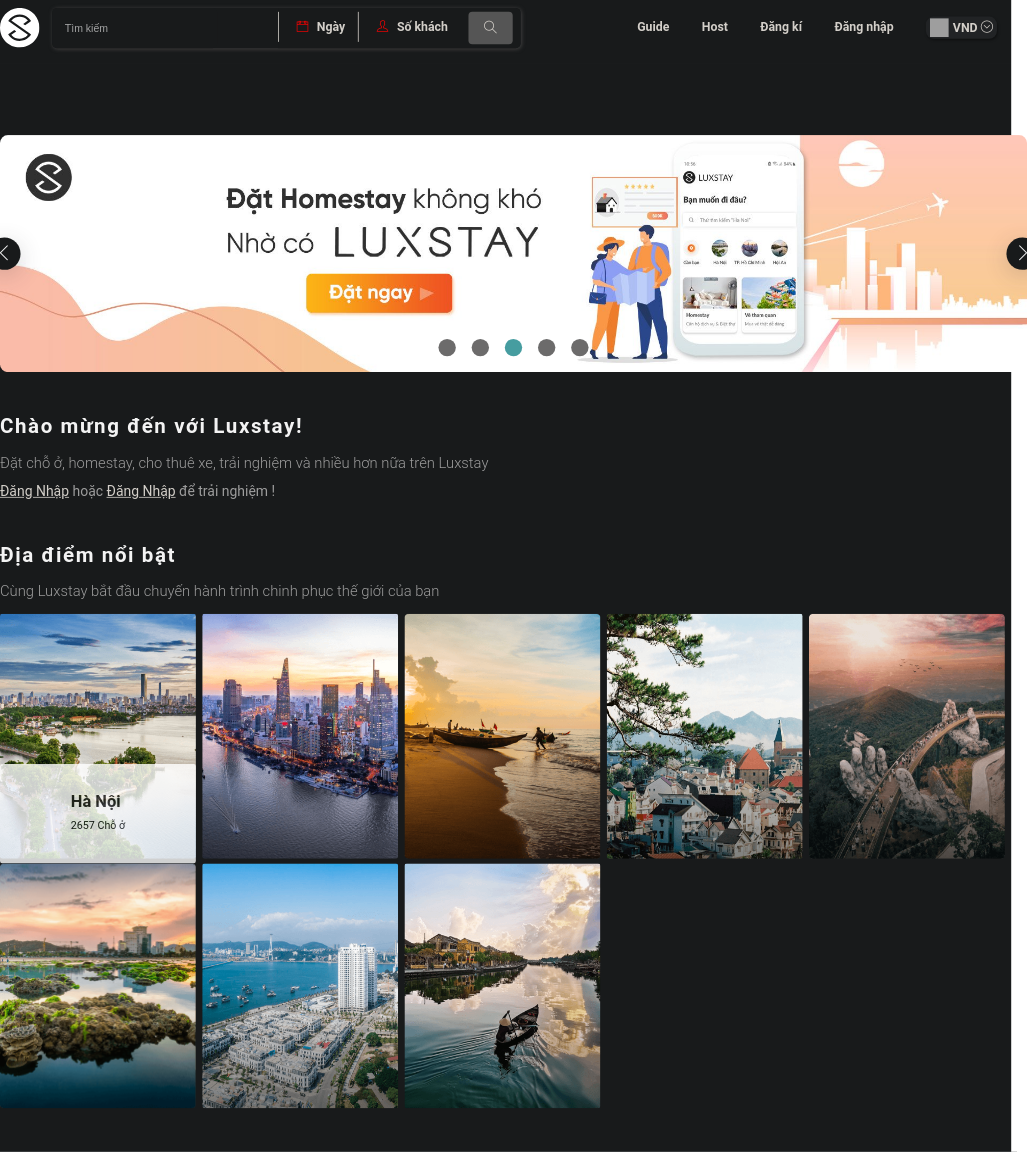
Repository: thuong22062004/Luxstay
Page: index.html
These files come from the project's save history. The page is drawn as it stood at one moment and after the next save; the edit follows.
The browser window is 1280 px wide. The page is 1300 px wide, so the pictures cover 1300 px, including what lies to the right of the window. The pictures show the whole page, at 79% of full size.
The pointer rests on the first visible `.img__local-item`.
Pictures or frames that could not be fetched are drawn as grey boxes.

Above is the page before, as saved 2021-11-20 21:42:23.

### index.html
<!DOCTYPE html>
<html lang="en">
<head>
    <meta charset="UTF-8">
    <meta http-equiv="X-UA-Compatible" content="IE=edge">
    <meta name="viewport" content="width=device-width, initial-scale=1.0">
    <link rel="stylesheet" href="./asset/grid.css">
    <link rel="stylesheet" href="./travel/dif.css">
    <link rel="stylesheet" href="./travel/thesame.css">
    <link rel="stylesheet" href="./travel/icon/themify-icons-font/themify-icons/themify-icons.css">
    <title>Document</title>
</head>
<body>
    <div class="traveling">
        <header class="header">
            <div class="grid-comon">
                <div class="header__contain">
                    <div class="header__logo-search">
                        <svg version="1.1" fil ="white" viewBox="0 0 50 50" class="header__logo" style="width: 50px; height: 50px; "><path pid="0" fill="#fff" d="M25.093 0c13.781.06 24.94 11.317 24.882 25.106C49.917 38.894 38.663 50.058 24.88 50 11.1 49.942-.059 38.683.001 24.894.057 11.106 11.31-.058 25.092 0zm11.801 31.9L14.398 16.053c.241-.26.48-.518.74-.777 2.7-2.687 5.971-4.031 9.775-4.015 3.804.015 7.064 1.388 9.741 4.098.238.241.476.482.694.743l-5.951 4.133 2.381 1.688 5.153-3.576v.02L39.33 16.7c-.692-1.203-1.584-2.325-2.616-3.39-3.231-3.292-7.167-4.947-11.788-4.967-4.6-.019-8.53 1.603-11.809 4.867a17.806 17.806 0 00-2.682 3.408l1.429 1.004 23.429 16.51c-.24.26-.48.518-.74.777-2.7 2.687-5.971 4.011-9.775 3.996-3.803-.016-7.063-1.37-9.74-4.08-.258-.26-.496-.521-.734-.782l6.111-4.251-.139-.181-2.183-1.528-5.373 3.735v-.021l-2.377 1.65a17.824 17.824 0 002.654 3.43c3.253 3.291 7.169 4.946 11.769 4.965 4.62.021 8.549-1.602 11.83-4.866 1.06-1.075 1.96-2.21 2.682-3.406l-2.383-1.67z">
                      </path>
                    </svg>
                    <div class="header_search">
                        <div class="header__search-cotainer-input">
                        <input type="search" name="HI"  class="header__input-seacrch" placeholder="Tìm kiếm">
                            <div class="history__search">
                                <h3 class="hitory__search--heading">History</h3>
                                <ul class="history__search-list">
                                    <li class="history__search-item">
                                        <a href="" class="history__search-link">Dubai</a>
                                    </li>
                                    <li class="history__search-item">
                                        <a href="" class="history__search-link">Dubai</a>
                                    </li>
                                    <li class="history__search-item">
                                        <a href="" class="history__search-link">Dubai</a>
                                    </li>
                                    <li class="history__search-item">
                                        <a href="" class="history__search-link">Dubai</a>
                                    </li>
                                </ul>
                            </div>
                        </div>
                        <div class="header__day-guest">
                            <div class="hedaer__lich">
                                <span class="header_theday"><i class="header_theday-icon ti-calendar"></i>
                                    Ngày
                                </span>
                            </div>
                            <div class="header__guest-number">
                                <span class="header_theday"><i class=" header_theday-icon ti-user"></i>
                                    Số khách
                                </span>
                            </div>
                            <div class="header_search-icons">
                                <button class="btn btn-comon ">
                                <i class=" header_search-icon-search ti-search"></i>
                                </button>
                            </div>
                        </div>
                    </div>
                    </div>
                    <div class="header__nav">
                           <ul class="header__menu">
                               <li class="header__menu-item">
                                   <a href="" class="header__menu-link">Guide</a>
                                </li>
                                <li class="header__menu-item">
                                    <a href="" class="header__menu-link">Host</a>
                                 </li>
                                 <li class="header__menu-item">
                                    <a href="./travel/singup.html" class="header__menu-link">Đăng kí </a>
                                 </li>
                                 <li class="header__menu-item">
                                    <a href="./travel/login.html" class="header__menu-link">Đăng nhập</a>
                                 </li>
                                 <li class="header__menu-item  ">
                                     <input type="checkbox"  hidden name="" class="language__appear" id="languge__click-check">
                                     <label for = "languge__click-check" class="header__menu-item-img">
                                        <img class="header__menu-icon-img" src="https://www.luxstay.com/icons/vi.svg"/>
                                    <p href="" class="header__menu-link">VND <i class="ti-arrow-circle-down"></i></p>
                                    </label>
                                     <div class="header__language-container">
                                         <div class="header__language">
                                             <ul class="header__language-list">
                                                 <li class="header__languge-items">
                                                     <div class="language__item-use language__item-use-active">
                                                          <img class="header__language-img" src="https://www.luxstay.com/icons/vi.svg"/>
                                                            <a class="language__item-title">Tiếng Việt <i class="ti-check language__item-active"></i></a>
                                                     </div>
                                                 </li>
                                                 <li class="header__languge-items">
                                                    <div class="language__item-use ">
                                                         <img class="header__language-img" src="https://www.luxstay.com/icons/en.svg"/>
                                                           <a class="language__item-title">English<i class="ti-check language__item-active"></i></a>
                                                    </div>
                                                </li>
                                                <li class="header__laneguge-items">
                                                    <div class="language__item-use ">
                                                         <img class="header__language-img" src="https://www.luxstay.com/icons/ko.svg"/>
                                                           <a class="language__item-title">Korean<i class="ti-check language__item-active"></i></a>
                                                    </div>
                                                </li>
                                             </ul>
                                             <ul class="header__language-list">
                                                <li class="header__languge-items">
                                                    <div class="crash__item-use language__item-use-active ">
                                                           <span class="languge__item-symboi">VND</span>
                                                           <a class="language__item-title">Việt Nam Đồng<i class="ti-check language__item-active"></i></a>
                                                    </div>
                                                </li>
                                                <li class="header__languge-items">
                                                   <div class="crash__item-use ">
                                                    <span class="languge__item-symboi">USD</span>
                                                          <a class="language__item-title">United States Dollar<i class="ti-check language__item-active"></i></a>
                                                   </div>
                                               </li>
                                            </ul>
                                         </div>
                                     </div>
                                 </li>
                           </ul>
                    </div>
                </div>
            </div>
        </header>
        <div class="container">
            <div class="grid-comon">
            <div class="contain-slider">
                <div class="slider">
                    <i class="ti-angle-left slider__back "></i>
                    <i class="ti-angle-right slider__next "></i>
                    <ul class="list__dots">
                        <li class="item-dot active" data-index ="0"></li>
                        <li class="item-dot" data-index ="1"></li>
                        <li class="item-dot" data-index ="2"></li>
                        <li class="item-dot" data-index ="3"></li>
                        <li class="item-dot" data-index ="4"></li>
                    </ul>
                    <div class="contain-img">
                         <div class="list-img">
                         <div class="img-item">
                             <img src="./img/anh1.png" class= "img-child"  alt="" sizes="" srcset="">
                         </div>
                         <div class="img-item">
                             <img src='./img/anh2.png' class= "img-child" alt="" sizes="" srcset="">
                         </div>
                         <div class="img-item">
                             <img src="./img/anh1.png"class= "img-child" alt="" sizes="" srcset="">
                         </div>
                         <div class="img-item">
                             <img src="./img/anh2.png"class= "img-child"  alt="" sizes="" srcset="">
                         </div>
                         <div class="img-item">
                             <img src="./img/anh1.png"  class= "img-child" alt="" sizes="" srcset="">
                         </div>
                         </div>
                    </div>
                </div>
            </div>
            <div class="contain__fullofText grid">
                <h3 class="text-mutual">Chào mừng đến với Luxstay!</h3>
                <p class="text__chil-common">Đặt chỗ ở, homestay, cho thuê xe, trải nghiệm và nhiều hơn nữa trên Luxstay</p>
                <span class="text-log"><a href="" class="text__link-log">Đăng Nhập</a>
                    hoặc
                    <a href="" class="text__link-log">Đăng Nhập</a>
                    để trải nghiệm !
                </span>
            </div>
            <div class="contain__fullofText grid">
                <h3 class="text-mutual">Địa điểm nổi bật</h3>
                <p class="text__chil-common">Cùng Luxstay bắt đầu chuyến hành trình chinh phục thế giới của bạn</p>
            </div>
            <div class="slide-location grid ">
                <div class="row">
                    <div class="col l-2 m-6 c-12">
                        <div class="img__local-list">
                                <img src="./img/ảnh HA NOI.png" alt="" class="img__local-item">
                                <div class="text__site-number">
                              <div class="contain__location-control">
                                <h5 class="text-site">Hà Nội</h5>
                               <p class="text-numofguest">2657 Chỗ ở</p>
                              </div>
                        </div>
                    </div>
                </div>
                <div class="col l-2 m-6 c-12">
                    <div class="img__local-list">
                            <img src="./img/tphcm.png" alt="" class="img__local-item">
                            <div class="text__site-number">
                          <div class="contain__location-control">
                            <h5 class="text-site">TP.Hồ Chí Minh</h5>
                           <p class="text-numofguest">2242 Chỗ ở</p>
                          </div>
                    </div>
                </div>
            </div>
            <div class="col l-2 m-6 c-12">
                <div class="img__local-list">
                        <img src="./img/vungtau.png" alt="" class="img__local-item">
                        <div class="text__site-number">
                      <div class="contain__location-control">
                        <h5 class="text-site">Vũng Tàu</h5>
                       <p class="text-numofguest">549 Chỗ ở</p>
                      </div>
                </div>
            </div>
        </div>
        <div class="col l-2 m-6 c-12">
            <div class="img__local-list">
                    <img src="./img/dalat.png" alt="" class="img__local-item">
                    <div class="text__site-number">
                  <div class="contain__location-control">
                    <h5 class="text-site">Đà Lạt </h5>
                   <p class="text-numofguest">1488 Chỗ ở</p>
                  </div>
            </div>
        </div>
    </div>
    <div class="col l-2 m-6 c-12">
        <div class="img__local-list">
                <img src="./img/danang.png" alt="" class="img__local-item">
                <div class="text__site-number">
              <div class="contain__location-control">
                <h5 class="text-site">Đà nẵng</h5>
               <p class="text-numofguest">897 Chỗ ở</p>
              </div>
        </div>
    </div>
</div>
<div class="col l-2 m-6 c-12">
    <div class="img__local-list">
            <img src="./img/nhatrang.png" alt="" class="img__local-item">
            <div class="text__site-number">
          <div class="contain__location-control">
            <h5 class="text-site">Nha trang</h5>
           <p class="text-numofguest">635 Chỗ ở</p>
          </div>
    </div>
</div>
</div>
<div class="col l-2 m-6 c-12">
    <div class="img__local-list">
            <img src="./img/quangninh.png" alt="" class="img__local-item">
            <div class="text__site-number">
          <div class="contain__location-control">
            <h5 class="text-site">Quảng Ninh</h5>
           <p class="text-numofguest">218 Chỗ ở</p>
          </div>
    </div>
</div>
</div>
<div class="col l-2 m-6 c-12">
    <div class="img__local-list">
            <img src="./img/hoian.png" alt="" class="img__local-item">
            <div class="text__site-number">
          <div class="contain__location-control">
            <h5 class="text-site">Hội an</h5>
           <p class="text-numofguest">323 Chỗ ở</p>
          </div>
    </div>
</div>
</div>
            </div>
        </div>
        </div>
        <div class="footer"></div>
    </div>
    <script src="index.js"></script>
</body>
</html>

### travel/dif.css
.header{
    height: 81px;
    background: #181a1b;
}
.header__logo-search{
    display: flex;
    align-items: center;
}
.header__logo{
    margin: 10px 16px 10px 0px;
}
.header_search{
     background:#181a1b;
     box-shadow: 1px 1px 6px rgb(71, 70, 70);
     display: flex;
     width: 593px;
     border-radius: 6px;
}
.header__search-cotainer-input{
    flex:1;
    position: relative;
}
.header__input-seacrch{
    border-radius: 6px;
    font-weight: 500;
    padding: 18px 16px;
    border: none;
     outline: none;
     color: var(--text-white);
    background: #181a1b;
}
::placeholder {
    color:var(--text-white);
    opacity: 0.6;
}
.header_theday{
    font-size: 1.5rem;
    color:var(--text-color) ;
    padding: 10px 16px;
    border-left: 1px solid var(--text-color);
    font-weight: 600;
    cursor: pointer;
}
.header__day-guest{
    display: flex;
    align-items: center;
    background: #181a1b;
}
.header__day-guest{
    border-bottom-right-radius: 6px;
    border-top-right-radius: 6px;
}
.header_theday .header_theday-icon{
 margin: 0px 7px;
 color: red;
 font-size: 1.4rem;
}
.header_search-icons{
    padding: 0px 10px;
}

.header_search-icon-search {
    color: var(--text-color);
    font-size: 1.6rem;
    display: inline-block;
}
.header__menu-link{
    text-decoration: none;
    color: var(--text-color);
    font-size: 1.5rem;
    font-weight: 600;
    /* display: block; */
    padding: 3px 5px 3px 0 ;
}
.header__menu{
    display: flex;
    align-items: center;
}
.header__menu-item:hover .header__menu-link{
    color: var(--text-hover);
}
.header__contain{
    display: flex;
    align-items: center;
    justify-content: space-between;
}
.header__menu-item{
    list-style: none;
    padding: 0 18px;
    position: relative;
}
 .header__menu-item-img{
    border-radius: 10px;
    background: #212325;
    box-shadow: 1px 2px 3px rgb(0, 0, 0, 0.4);
}
.header__menu-icon-img{
    width:24px;
    height: 24px;
    margin: 2px 5px;
}
.header__menu-item-img{
    display: flex;
    align-items: center;
}
.header__language{
    display:flex;
}
.header__language-container{
    position: absolute;
    top: calc(100% + 12px);
    right: 0;
    background:var(--outstanding-color);
    width: 468px;
    height: 150px;
    transform-style: preserve-3d;
    transform: rotateX(-180deg);
     transform-origin:top;
     transition: transform linear 0.2s;
     backface-visibility: hidden;
    box-shadow: 1px 2px 5px var(--text-white);
    cursor: pointer;
    animation: FadeIn ease 0.5s;
    z-index: 1;
}
.language__appear:checked ~ .header__language-container{
    transform:rotateX(0deg);
    /* backface-visibility: visible; */
}
.header__language-container::before{
    content: "";
    position: absolute;
    width: 25%;
    height: 20px;
    right: 0 ;
    top: -15px;
}
.language__item-use{
    display: flex;
    align-items: center;
    padding: 10px 87px 21px 10px;
    border-right:1px solid  var(--text-white);
}
::marker {
    color: transparent;
    display:none;
  }
.header__language-img{
    width: 18px;
    height: 18px;
    margin: 0 10px;
}
.header__languge-items{
    list-style: none;
}
.language__item-title{
    font-size: 1.4rem;
    text-decoration: none;
    color: var(--text-color);
    display:block;
}
.language__item-active{
    font-size: 1.2rem;
    padding: 0 10px;
    /* color: #222; */
    color: blanchedalmond;
    display: none;
}
.language__item-use-active .language__item-active{
    display:inline-block;
}
.crash__item-use {
    display: flex;
    align-items: center;
    padding: 10px 36px 21px 10px;
}
.languge__item-symboi{
    font-size: 1.6rem;
   color:var(--text-white);
    font-weight: 600;
    /* padding: 0 10px; */
    margin: 2px 8px;
}
.header__languge-items:hover .language__item-title{
    color: var(--text-hover);
}
.history__search{
    position: absolute;
    top: calc(100% + 8px);
    left: 0;
    /* background:var(--outstanding-color); */
    background: #232526;  /* fallback for old browsers */
    background: -webkit-linear-gradient(to right, #414345, #232526);  /* Chrome 10-25, Safari 5.1-6 */
    background: linear-gradient(to right, #414345, #232526); /* W3C, IE 10+/ Edge, Firefox 16+, Chrome 26+, Opera 12+, Safari 7+ */
    width: 100%;
    box-shadow: 1px 1px 6px rgb(71, 70, 70);
    border-radius: 3px;
    display:none;
    z-index: 3;
    animation: FadeIn ease 0.5s;
}
.hitory__search--heading{
    color:var(--text-white);
    font-weight: 400;
    font-size: 1.6rem;
    height: 20px;
    margin:10px 16px;
    opacity: 0.6;
    user-select: none;
    cursor:default;
}
.history__search-list{
    list-style: none;
}
.history__search-link{
    text-decoration: none;
    /* color: var(--text-color); */
    color: var(--text-white);
    font-size: 1.3rem;
    display:block;
    padding: 10px 10px;
    font-weight: 500;
}
.history__search-item:hover {
    background: #000000;  /* fallback for old browsers */
    background: -webkit-linear-gradient(to right, #434343, #000000);  /* Chrome 10-25, Safari 5.1-6 */
    background: linear-gradient(to right, #434343, #000000); /* W3C, IE 10+/ Edge, Firefox 16+, Chrome 26+, Opera 12+, Safari 7+ */
}
.history__search-item:last-child{
    border-bottom-left-radius: 3px;
    border-bottom-right-radius: 3px;
}
.history__search::before{
    position:absolute;
    content: '';
    width: 100%;
    height: 10px;
    /* background:white; */
    top: -10px;
    left:0;
}
.header__input-seacrch:focus ~ .history__search{
display:block;
}
.container{
    background: #181a1b;
}
/*         slider           */




.contain-slider{
    padding-top: 90px;
}
.slider{
    width: 1300px;
    margin: 0 auto;
    position: relative;
    overflow: hidden;
}

.contain-img{
    width:9999px;
    height :300px;
    position: relative;
    /* transform:translateX(-1000px) */
    transition: all 0.25s linear;
}
.list-img{
    width:1300px;
    display: flex;
}
.img-child{
    width: 1300px;
    height:300px;
    border-radius: 10px;
    /* float: left; */
}
.slider__back,
.slider__next {
    position: absolute;
    top:50%;
    transform:translateY(-50%);
    color :whitesmoke;
    z-index: 1;
    font-size: 2rem;
    padding: 10px;
    background:#181a1b;
    border-radius: 50%;
    box-shadow: rgba(55, 55, 58, 0.2) 0px 7px 29px 0px;
    cursor: pointer;
}
.slider__next {
    right: -15px;
}
.slider__back{
    left: -15px;
}
.list__dots{
   position: absolute;
   display: flex;
   bottom:20px;
   left: 50%;
   transform:translateX(-50%);
   z-index: 1;
}
.item-dot{
    width: 22px;
    height:22px;
    border-radius: 50%;
    background:rgb(46, 45, 45);
    transition:background 0.5s linear;
    opacity: 0.7;
}
.item-dot.active{
    background:rgb(50, 146, 150);
    opacity: 0.9;
}
.list__dots li {
   margin:0 10px;
}
.text-log{
    color:var(--text-small);
    font-size:1.7rem;
}
/* slide img location */
.slide-location{
    padding-bottom: 50px;
}
.img__local-list{
    width: 248px;
    position: relative;
    overflow: hidden;
}
.img__local-item{
    width: 248px;
    height:310px;
    border-radius: 3px;
}
.text__site-number{
    position: absolute;
    bottom: 0;
    background:rgb(255, 255, 255);
    width: 100%;
    height:40%;
    border-radius: 3px;
    align-items: center;
    justify-content: center;
    opacity: 0.8;
    display: flex;
    transform:translateY(130px);
    transition: transform ease 0.8s;
}
.text-site{
    color: var(--outstanding-color);
    font-weight:700;
    font-size: 2rem;
    text-transform: capitalize;
}
.text-numofguest{
    color: var(--text-child);
    font-weight: 400;
    font-size: 1.3rem;
    margin-top: 15px;
}
.img__local-item:hover ~ .text__site-number{
    /* backface-visibility: visible; */
    transform:translateY(0px);
}
.img__local-item:hover{
    zoom: 1;
}

Loaded but not shown: travel/icon/themify-icons-font/themify-icons/themify-icons.css (common file); index.js (63 lines, source omitted); asset/grid.css (463 lines, source omitted); travel/thesame.css (127 lines, source omitted)

After the next save:
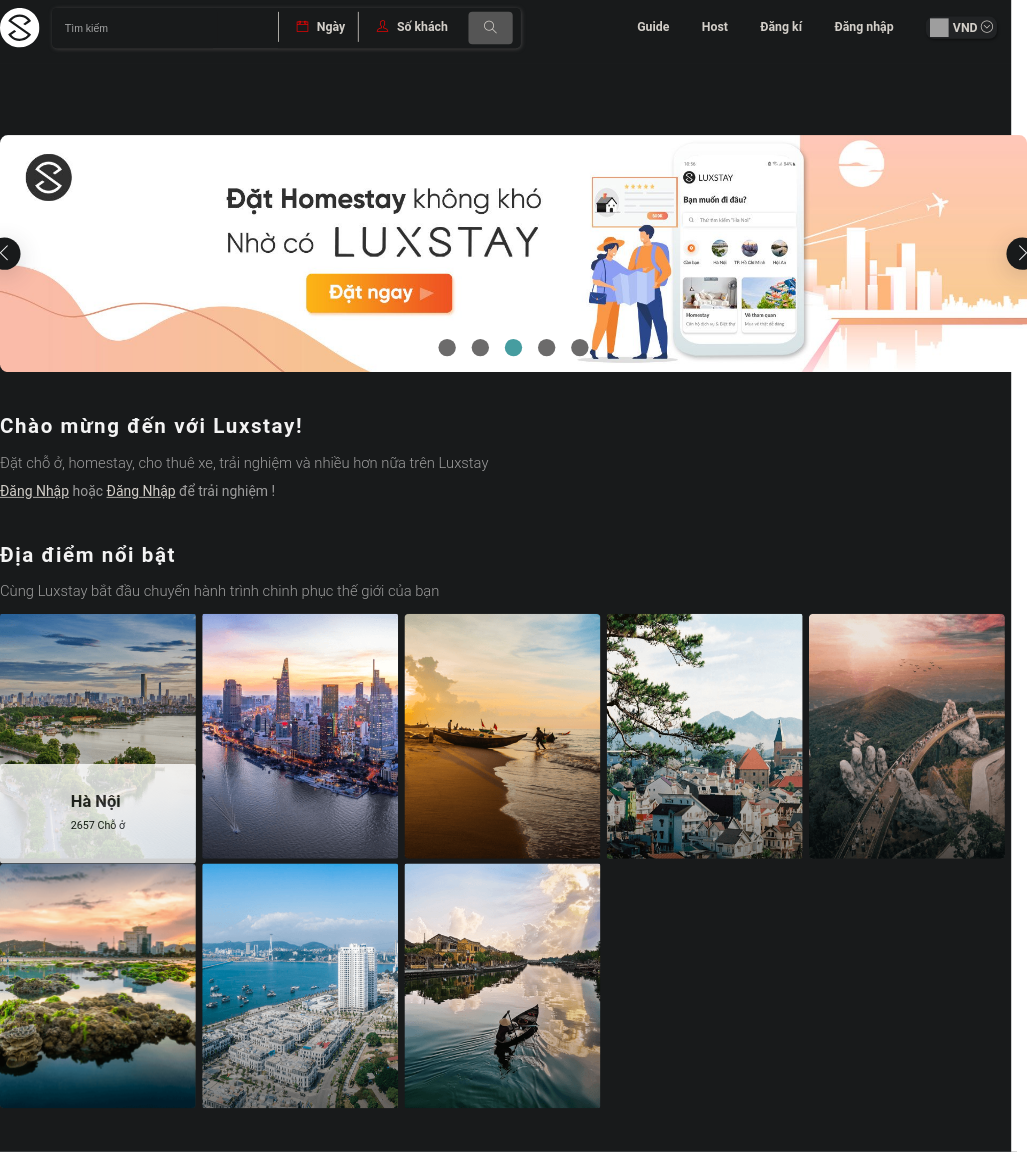
Saved 70 s later.
--- a/travel/dif.css
+++ b/travel/dif.css
@@ -369,5 +369,5 @@
     transform:translateY(0px);
 }
 .img__local-item:hover{
-    zoom: 1;
-}
+    opacity: 0.8;
+}
